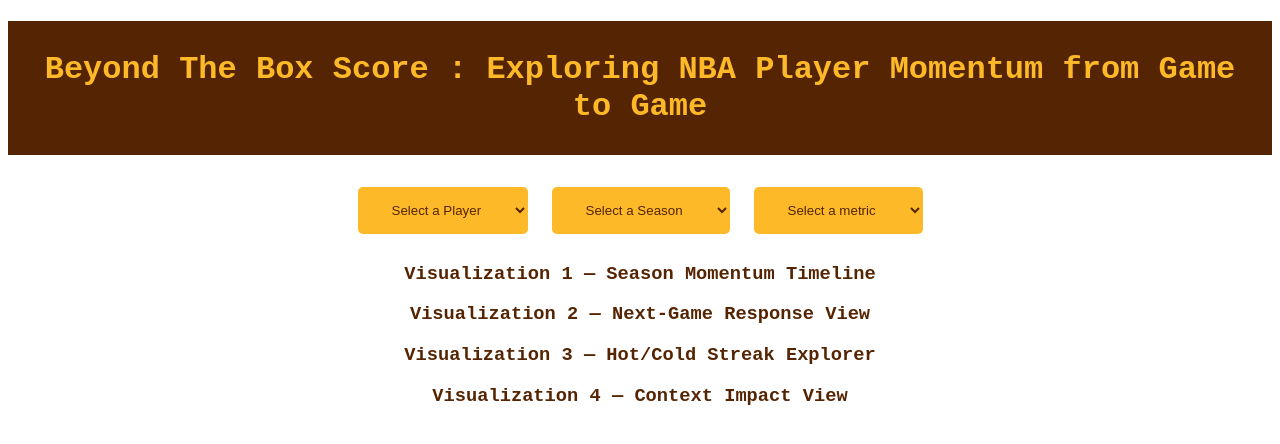
Repository: houdafatih/Data-Viz-Project
Page: index.html
These files come from the project's save history. The page is drawn as it stood at one moment and after the next save; the edit follows.
The browser window is 1280 px wide. The pictures show the whole page.

Above is the page before, as saved 2026-06-13 10:06:24.

### index.html
<!DOCTYPE html>
<html>
   <head>
    <meta charset="UTF-8"/>
    <title>Beyond The Box Score</title>
    <link rel="stylesheet" href="style.css" >
  </head>
  <body>
     <h1>Beyond The Box Score : Exploring NBA Player Momentum from Game to Game</h1>

     <div class="selection">
        <select id="playerSelect">
            <option selected disabled>Select a Player</option>
        </select>

        <select id="seasonSelect">
            <option selected disabled>Select a Season</option>
        </select>

        <select id="metricSelect">
            <option selected disabled>Select a metric</option>
            <option value="pts">Points</option>
            <option value="fga">FGA</option>
            <option value="min">Minutes</option>
            <option value="fg_pct">FG%</option>
            <option value="plus_minus">Plus/Minus</option>
        </select>
     </div>

     <h3>Visualization 1 — Season Momentum Timeline</h3>
     <div id="vizual1"></div>

     <h3>Visualization 2 — Next-Game Response View</h3>
     <div id="vizual2"></div>

     <h3>Visualization 3 — Hot/Cold Streak Explorer</h3>
     <div id="vizual3"></div>

     <h3>Visualization 4 — Context Impact View</h3>
     <div id="vizual4"></div>

  </body>
  <script src="https://d3js.org/d3.v7.min.js"></script>
  <script type="module" src="index.js"></script>
</html>

### style.css
body{
    padding: 0px;
}
h1{
  text-align: center;
  font-size: 2rem;
  font-family: "Courier New", Courier, monospace;
  color : #fdb927;
  background-color: #552503;
  padding: 30px;

}
.selection{
    text-align: center;
}
select{
    margin: 10px;
    padding: 15px 30px;
    border-radius: 5px;
    border: none;
    background: #fdb927;
    color:#552503;

}
select option:hover{
    background-color: #fdb927;
}



h3{
    color: #552503;
    font-family: "Courier New", Courier, monospace;
    text-align: center;
}
.tick{
    font-size: 5px;
}
line{
    stroke-width: 0.5px;
}
.label{
    color: #552503;
    font-family: "Courier New", Courier, monospace;
    font-weight: bold;
}

.tooltip{
    position: absolute;
    background: wheat;
    border: 1px solid #ccc;
    padding: 10px;
    font-size: 10px;

}

### index.js
import {playersData,seasonData} from "./scripts/utils.js";
import { drawVisualization1 } from "./scripts/visualization1.js";

d3.csv("data/nba.csv",d3.autoType).then(function(data){

   playersData(data)
   seasonData(data)

   const nba_data = data

   d3.select("#playerSelect").on("change",() => updateVisualization1(nba_data))
   d3.select("#seasonSelect").on("change",() => updateVisualization1(nba_data))
   d3.select("#metricSelect").on("change",() => updateVisualization1(nba_data))

})

function updateVisualization1(nba_data){
    const player = d3.select("#playerSelect").property("value")
    const season = d3.select("#seasonSelect").property("value")
    const metric = d3.select("#metricSelect").property("value")

    if(player === "Select a Player" || season === "Select a Season" || metric === "Select a metric"){
        return
    }

    let data_filter = nba_data.filter(d => d.player_name === player && d.season_year == season)
    drawVisualization1(data_filter,"#vizual1",metric)

}

### scripts/utils.js
export function playersData(data){
    const players_list = [...new Set(data.map(dt => dt.player_name))]

    d3.select("#playerSelect").selectAll(".players-options").data(players_list)
    .enter().append("option").attr("class","players-options").attr("value",dt=>dt).text(dt => dt)
}

export function seasonData(data){
    const seasons_list = [...new Set(data.map(dt => dt.season_year))]

    d3.select("#seasonSelect").selectAll(".seasons-options").data(seasons_list)
    .enter().append("option").attr("class","seasons-options").attr("value",dt=>dt).text(dt => dt)
}

### scripts/visualization1.js
export function drawVisualization1(data,id,metric){
     if(data.length === 0) {
        clearCanvas(id)
        return
    }
     const canvas = createCanvas()

     clearCanvas(id)

     const svg = addSvg(id,canvas)
     const sc = addScales(data,canvas,metric)

     addAxes(svg,sc,canvas)
     addMetricLine(svg,sc,data,metric)
     addAverageLine(svg,sc,data,metric)
     addBaselineLine(svg,sc,data,metric)
     addPoints(svg,sc,data,metric)
     addLabels(svg,canvas,metric)

     addLegends(svg,canvas)
}

function createCanvas(){
    return{
        width : 600, height: 200, margin:{top: 20,right:100, bottom:60, left:50}
    }
}

function clearCanvas(id){
    d3.select(id).html("")
}

function addSvg(id,canvas){
    return d3.select(id).append("svg").attr("viewBox",`0 0 ${canvas.width} ${canvas.height}`)
}

function addScales(data,canvas,metric){
    const xScale =
    d3.scaleLinear().domain(d3.extent(data,dt => dt.game_index))
    .range([canvas.margin.left,canvas.width - canvas.margin.right])

    const yScale =
      d3.scaleLinear().domain([d3.min(data,d => d[metric]),d3.max(data,d => d[metric])])
      .nice().range([canvas.height - canvas.margin.bottom,canvas.margin.top])

    return {xScale,yScale}
}

function addAxes(svg, scales, canvas){
    svg.append("g").attr("transform",`translate(0, ${canvas.height - canvas.margin.bottom})`)
    .call(d3.axisBottom(scales.xScale))

    svg.append("g").attr("transform",`translate(${canvas.margin.left},0)`)
    .call(d3.axisLeft(scales.yScale))
}

function addMetricLine(svg,scales,data,metric){
    let line = d3.line().x(d => scales.xScale(d.game_index)).y(d => scales.yScale(d[metric]))

    svg.append("path").datum(data).attr("fill","none").attr("stroke","#222")
     .attr("stroke-width",0.8).attr("d",line)
}

function addAverageLine(svg,scales,data,metric){
    if(metric != "pts") return
    let avg_line = d3.line().x(d => scales.xScale(d.game_index)).y(d => scales.yScale(d.rolling_pts_avg_3))

    svg.append("path").datum(data).attr("fill","none").attr("stroke","#fdb927")
     .attr("stroke-width",0.5).attr("d",avg_line)
}

function addBaselineLine(svg,scales,data,metric){

    let base_line = d3.mean(data,d => d[metric])


    svg.append("line")
    .attr("x1",scales.xScale(d3.min(data,dt => dt.game_index))).attr("x2",scales.xScale(d3.max(data,dt => dt.game_index)))
    .attr("y1",scales.yScale(base_line)).attr("y2",scales.yScale(base_line))
    .attr("stroke","#777").attr("stroke-dasharray","6 4")
}

function addPoints(svg,scales,data,metric){
    const tooltip = toolTip()

    svg.selectAll("circle").data(data).enter()
     .append("circle").attr("class","game-pt")
     .attr("cx", d => scales.xScale(d.game_index))
     .attr("cy",d => scales.yScale(d[metric]))
     .attr("r",2).attr("fill",d => colorPoint(d.performance_label))
     .on("mouseover",function(event,d){
        d3.select(this).attr("r",3).attr("stroke","black").attr("stroke-width",2)
        tooltip.style("opacity",1).html(tooltipInformations(d))
     })


}

function colorPoint(perf){
    if(perf === "hot") return "#d94801"
    if(perf === "cold") return "#3182bd"
    return "#999"
}

function addLabels(svg,canvas,metric){
    svg.append("text").attr("class","label")
    .attr("x",canvas.width - 100).attr("y",canvas.height-40)
    .attr("text-anchor","middle").attr("font-size","5px")
    .text("Game Order")

    svg.append("text").attr("class","label")
    .attr("x",40).attr("y",10)
    .attr("text-anchor","middle").attr("font-size","5px")
    .text(metricName(metric))
}

function metricName(metric){
    if(metric === "pts") return "Points"
    if(metric === "fga") return "Field Goal Attempts"
    if(metric === "min") return "Minutes"
    if(metric === "fg_pct") return "Field Goal Percentage"
    if(metric === "plus_minus") return "Plus / Minus"
}

function addLegends(svg,canvas){
    const lg = svg.append("g").attr("transform",
        `translate(${canvas.width - canvas.margin.right+20},${canvas.margin.top-10})`)


    lg.append("circle").attr("cx",0).attr("cy",0).attr("r",2).attr("fill","#d94801")
    lg.append("text").attr("x",5).attr("y",2).text("Hot game").attr("font-size","5px")

    lg.append("circle").attr("cx",0).attr("cy",10).attr("r",2).attr("fill","#999")
    lg.append("text").attr("x",5).attr("y",12).text("Normal game").attr("font-size","5px")

    lg.append("circle").attr("cx",0).attr("cy",20).attr("r",2).attr("fill","#3182bd")
    lg.append("text").attr("x",5).attr("y",22).text("Cold game").attr("font-size","5px")


    lg.append("line").attr("x1",0).attr("x2",20).attr("y1",30).attr("y2",30)
    .attr("stroke","black").attr("stroke-width",2)
    lg.append("text").attr("x",21).attr("y",30).text(" = Metric").attr("font-size","5px")

    lg.append("line").attr("x1",0).attr("x2",20).attr("y1",40).attr("y2",40)
    .attr("stroke","black").attr("stroke-dasharray","6 4")
    lg.append("text").attr("x",21).attr("y",40).text(" = Baseline").attr("font-size","5px")

    lg.append("line").attr("x1",0).attr("x2",20).attr("y1",50).attr("y2",50)
    .attr("stroke-width",2).attr("stroke","#fdb927")
    lg.append("text").attr("x",21).attr("y",50).text(" = Rolling Average").attr("font-size","5px")
}

function toolTip(){
    let tooltip = d3.select("body").select(".tooltip")
    if(tooltip.empty()){
        tooltip = d3.select("body").append("div").attr("class","tooltip")
    }

    return tooltip
}

function tooltipInformations(data){
    return `<strong> Game ${data.game_index} </strong><br>
            Date : ${data.game_date}<br>
            Home/Away : ${data.home_away}<br>
            Points : ${data.pts}<br>
            Minutes : ${data.min}<br>
            FGA : ${data.fga}<br>
            Next Game Points : ${data.next_pts}<br>`
}

After the next save:
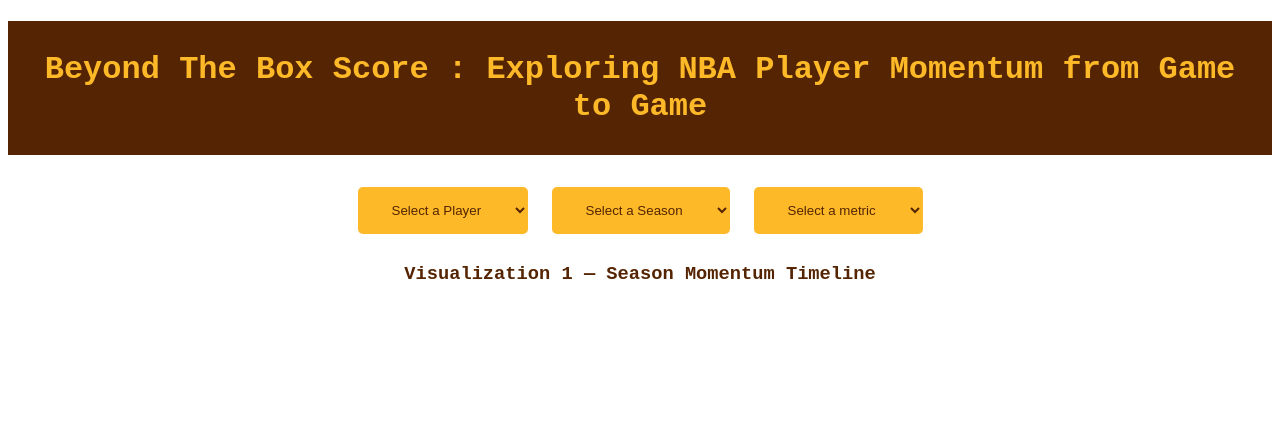
Saved 37 s later.
--- a/index.html
+++ b/index.html
@@ -30,14 +30,14 @@
      <h3>Visualization 1 — Season Momentum Timeline</h3>
      <div id="vizual1"></div>
 
-     <h3>Visualization 2 — Next-Game Response View</h3>
+     <!---<h3>Visualization 2 — Next-Game Response View</h3>
      <div id="vizual2"></div>
 
      <h3>Visualization 3 — Hot/Cold Streak Explorer</h3>
      <div id="vizual3"></div>
 
      <h3>Visualization 4 — Context Impact View</h3>
-     <div id="vizual4"></div>
+     <div id="vizual4"></div> ---->
 
   </body>
   <script src="https://d3js.org/d3.v7.min.js"></script>
